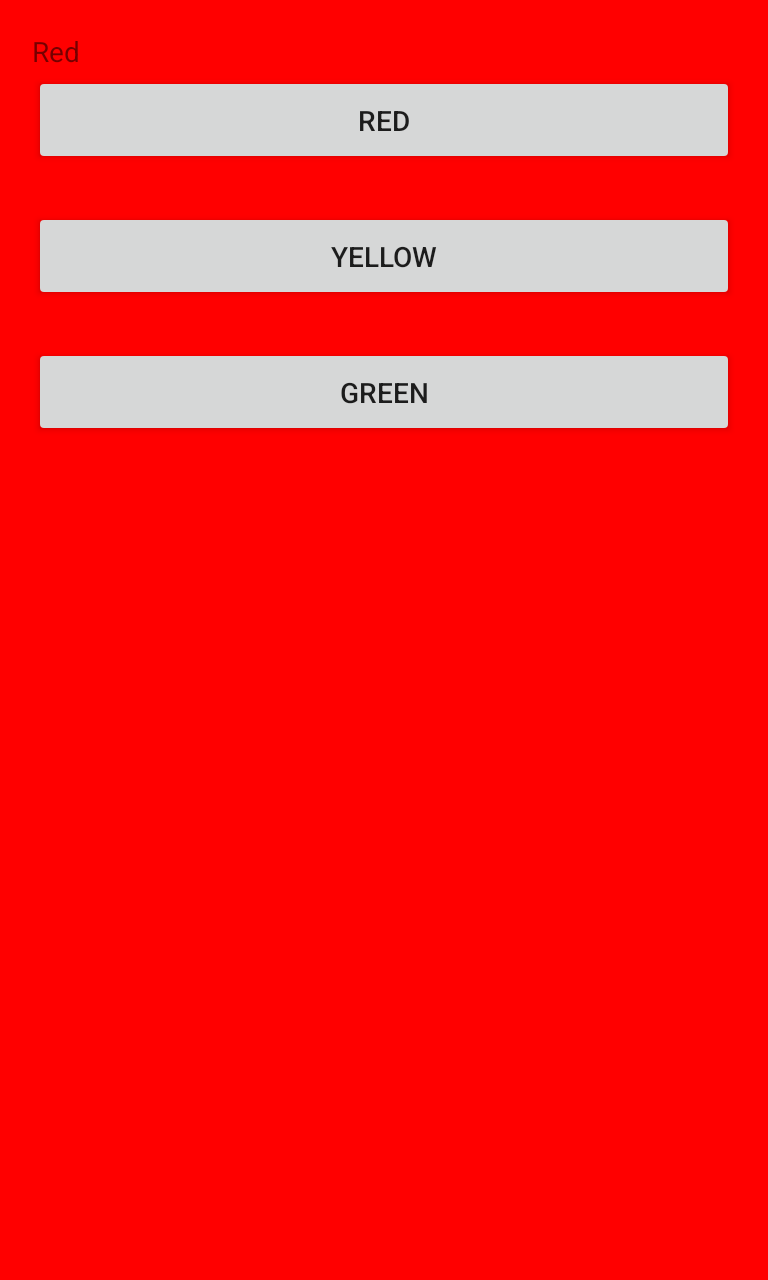
Repository: PosashkovDima/Traffic-light
Layout: Example4/res/layout/fragment_main.xml
The author's editor kept a copy of each file at every save. The layout is drawn from the files as they stood at one save, then again after a run of saves.
It is drawn on a 768 x 1280 px phone screen (xhdpi) without system bars, with theme AppTheme; the app's code is not run.

Above is the layout before, as saved 2014-03-30 08:44:15.

### Example4/res/layout/fragment_main.xml
<RelativeLayout xmlns:android="http://schemas.android.com/apk/res/android"
    android:id="@+id/relativeLayout"
    xmlns:tools="http://schemas.android.com/tools"
    android:layout_width="match_parent"
    android:layout_height="match_parent"
    android:background="@color/redColor"
    android:paddingBottom="@dimen/activity_vertical_margin"
    android:paddingLeft="@dimen/activity_horizontal_margin"
    android:paddingRight="@dimen/activity_horizontal_margin"
    android:paddingTop="@dimen/activity_vertical_margin"
    tools:context="com.example.example4.MainActivity$PlaceholderFragment" >

    <Button
        android:id="@+id/buttonRed"
        android:layout_width="match_parent"
        android:layout_height="wrap_content"
        android:layout_alignParentLeft="true"
        android:layout_alignParentTop="true"
        android:layout_marginTop="20dp"
        android:onClick="butRedClicked"
        android:text="@string/red" />

    <Button
        android:id="@+id/buttonYellow"
        android:layout_width="match_parent"
        android:layout_height="wrap_content"
        android:layout_alignParentLeft="true"
        android:layout_below="@id/buttonRed"
        android:layout_marginTop="20dp"
        android:onClick="butYellowClicked"
        android:text="@string/yellow" />

    <Button
        android:id="@+id/buttonGreen"
        android:layout_width="match_parent"
        android:layout_height="wrap_content"
        android:layout_alignParentLeft="true"
        android:layout_below="@id/buttonYellow"
        android:layout_marginTop="20dp"
        android:onClick="butGreenClicked"
        android:text="@string/green" />

    <TextView
        android:id="@+id/textViewColor"
        android:layout_width="wrap_content"
        android:layout_height="wrap_content"
        android:text="@string/red" />

</RelativeLayout>

### Example4/res/values/strings.xml
<?xml version="1.0" encoding="utf-8"?>
<resources>

    <string name="app_name">Example 4</string>
    <string name="hello_world">Hello world!</string>
    <string name="action_settings">Settings</string>
    <string name="red">Red</string>
    <string name="yellow">Yellow</string>
    <string name="green">Green</string>

    <color name="redColor">#FFFF0000 </color>
    <color name="yellowColor">#FFFF00 </color>
    <color name="greenColor">#FF00FF00 </color>

</resources>

Loaded but not shown: Example4/res/values/styles.xml (common file); Example4/res/values-v11/styles.xml (common file); Example4/res/values-v14/styles.xml (common file); Example4/res/values/dimens.xml (common file); Example4/res/values-w820dp/dimens.xml (common file)

After the next 2 saves:
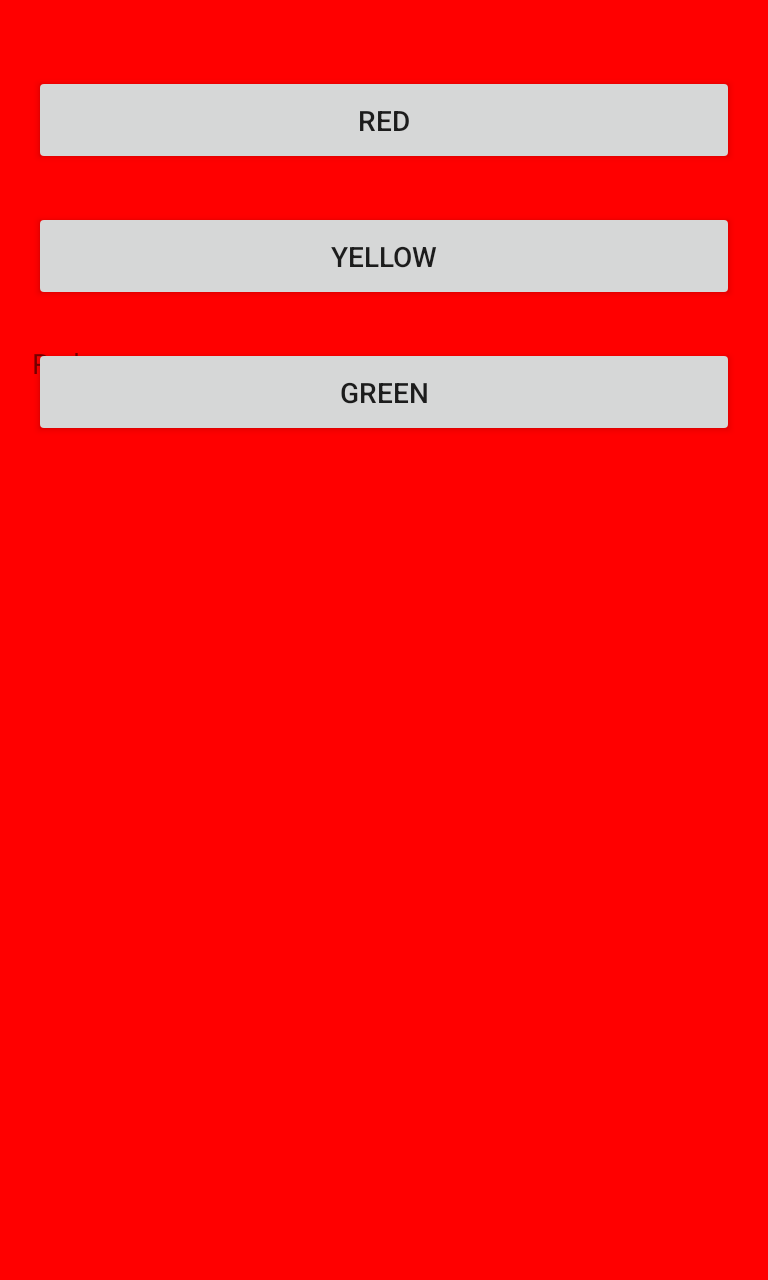
The 2 saves are shown as one change because 1 did not build or start.
The last was saved 13 s later.
--- a/Example4/res/layout/fragment_main.xml
+++ b/Example4/res/layout/fragment_main.xml
@@ -44,6 +44,8 @@
         android:id="@+id/textViewColor"
         android:layout_width="wrap_content"
         android:layout_height="wrap_content"
+        android:layout_below="@id/buttonYellow"
+        android:layout_marginTop="20dp"
         android:text="@string/red" />
 
 </RelativeLayout>
